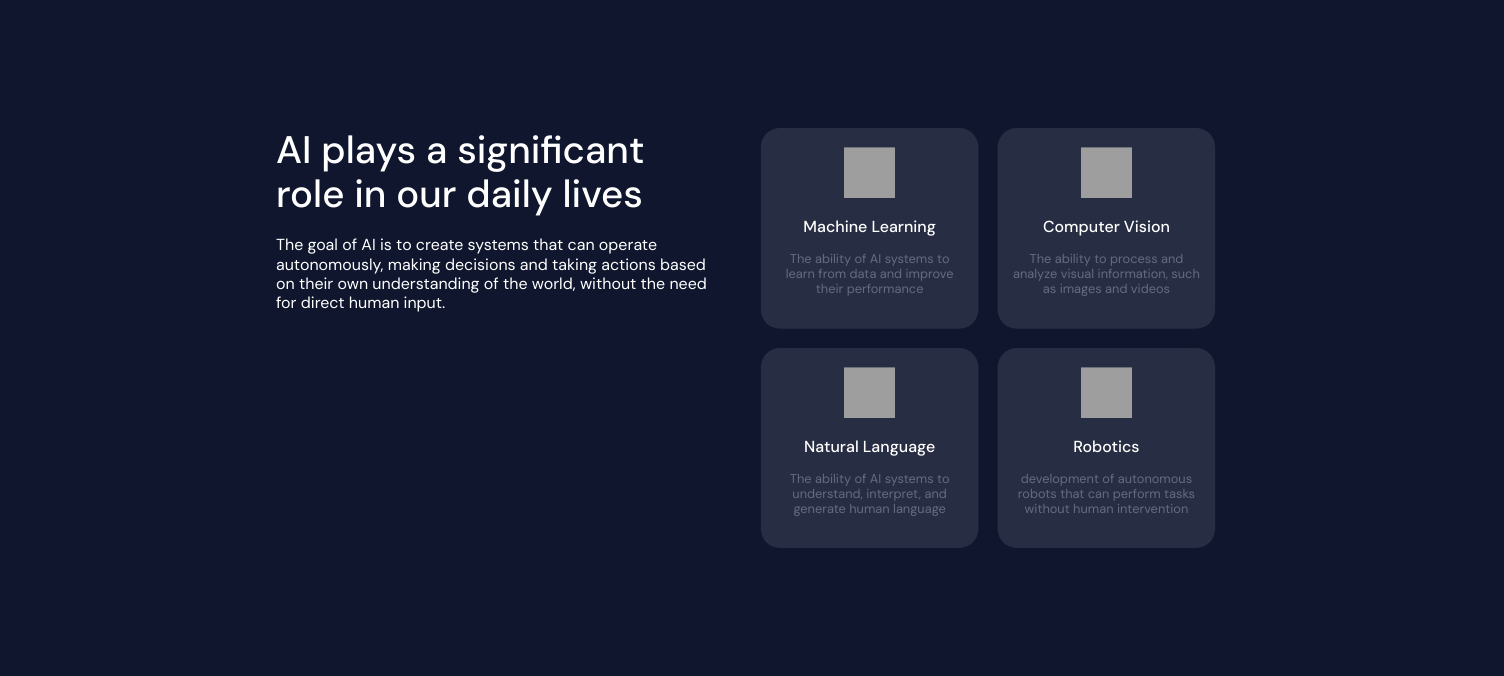
Repository: guli95/four-areas-of-AI-INVO-ACAdemy
Page: /
These files come from the project's save history. The page is drawn as it stood at one moment and after the next save; the edit follows.
The browser window is 1280 px wide. The page is 1880 px wide, so the pictures cover 1880 px, including what lies to the right of the window. The pictures show the whole page, at 80% of full size.
Pictures or frames that could not be fetched are drawn as grey boxes. The project was rebuilt for these pictures with package versions that can differ from the ones it lists, and the page was loaded fresh each time.

Above is the page before, as saved 2023-03-13 14:45:23.

### index.html
<!DOCTYPE html>
<html lang="en">

<head>
  <meta charset="UTF-8" />
  <link rel="icon" type="image/svg+xml" href="/vite.svg" />
  <meta name="viewport" content="width=device-width, initial-scale=1.0" />
  <title>Four AI areas</title>
</head>

<!-- In order to start your challenge, remove all the content inside <div id="home-page"></div> and start coding :) -->

<body>
  <div id="home-page">
    <div class="flexbox-container">
      <div class="heading-wrapper">
        <h1 class="heading-title">AI plays a significant role in our daily lives</h1>
        <p class="heading-text">The goal of AI is to create systems that can operate autonomously, making decisions and taking actions based on their own understanding of the world, without the need for direct human input.</p>
      </div>
      <div class="card-container">
        <a href="" class="card-link">
        <div class="card">
          <img src="./public/images/card-icon1.png" alt="" class="card-img" role="presentation">
          <h3 class="card-title">Machine Learning</h3>
          <p class="card-text">The ability of AI systems to learn from data and improve their performance</p>
        </div>
        </a>
        <a href="" class="card-link">
        <div class="card">
          <img src="./public/images/card-icon2.png" alt="" class="card-img" role="presentation">
          <h3 class="card-title">Computer Vision</h3>
          <p class="card-text">The ability to process and analyze visual information, such as images and videos</p>
        </div>
        </a>
        <a href="" class="card-link">
        <div class="card">
          <img src="./public/images/card-icon3.png" alt="" class="card-img" role="presentation">
          <h3 class="card-title">Natural Language</h3>
          <p class="card-text">The ability of AI systems to understand, interpret, and generate human language</p>
        </div>
        </a>
        <a href="" class="card-link">
        <div class="card">
          <img src="./public/images/card-icon4.png" alt="" class="card-img" role="presentation">
          <h3 class="card-title">Robotics</h3>
          <p class="card-text">development of autonomous robots that can perform tasks without human intervention</p>
        </div>
        </a>
      </div>
    </div>
  </div>

  <script type="module" src="/src/global-scripts/main.js"></script>
</body>

</html>

### src/global-scripts/main.js
/// Main JavaScript File
/// Here we import all the global JavaScript files we need for our project.

import "../global-styles/style.scss";
import "../../src/pages/home-page/styles/home-page.scss";

### src/global-styles/style.scss
/// Main Styles File
/// Here we import all the global Styles files we need for our project.

@import "styles/normalize.scss";
@import "styles/root.scss";
@import "styles/fonts.scss";

body {
  font-family: 'DS sans', sans-serif;
  color: var(--color-primary);
}

p {
  color: var(--color-on-surface);
}

### src/pages/home-page/styles/home-page.scss
/// Homepage Styles File
/// Here we import all the Styles files we need for our Homepage.
@import '../../../global-styles/styles/_root.scss';

#home-page{
    color: var(--color-white);
    font-family: 'DM Sans',sans-serif;
    height: 100%;

 .flexbox-container{
    width: 1500px;
    display: flex;
    justify-content: center;
    padding: 160px 190px;
    gap: 40px;
    margin: 0 auto;
    @media screen and (max-width:1024px) {
        flex-direction:column;
        align-items: center;
        gap:24px;
    }
    @media screen and (max-width:480px) {
        padding: 48px 16px;
    }
    .heading-wrapper{
        font-family: "DM Sans", sans-serif;
        text-align: left ;
        vertical-align: top;
        max-width: 550px;
        @media screen and (max-width:1024px) {
            width: 100%;
            padding: 0 16px;
        }
        .heading-title{
            font-size: var(--text-xl);
            font-weight: 500;
            line-height: 115%;
            margin: 0 0 24px 0;
            @media screen and (max-width:1024px) {
                margin-bottom: 16px;
            }
            @media screen and (max-width:1024px) {
                font-size: var(--text-l);
            }
        }
        .heading-text{
            font-size: var(--text-m);
            line-height: 24px;
            font-weight: 400;

        }
        @media screen and (max-width:480px) {
            font-size: var(--text-s);
        }
    }
    .card-container{
        display: flex;
        justify-content: center;
        flex-wrap: wrap;
        gap: 24px;
        max-width: 600px;
        @media screen and (max-width:1024px) {
            width: 100%;
            gap:16px;
        }
        .card-link{
            display: flex;
            color: var(--color-white);
            text-decoration: none;
            flex-direction: column;
            justify-content: space-around;
            align-items: center;
            width: 40%;
            padding: 24px 16px;
            background-color:var(--color-secondary-grey);
            text-align: center;
            border-radius: var(--rounding-big);
            transition: .2s;
            &:hover{
                background-color: lighten($color: #272D42, $amount: 10) ;
            }
            @media screen and (max-width:480px) {
                width: 100%;
            }
            .card-img{
                width: 64px;
                height: 64px;
                @media screen and (max-width:1024px) {
                    width: 56px;
                    height: 56px;
                }
            }
            .card-title{
                font-size: var(--text-m);
                font-weight: 500;
            }
            .card-text{
                font-size: var(--text-s);
                mix-blend-mode:soft-light;
                @media screen and (max-width:1024px) {
                    font-size: var(--text-xs);
                }
            }
        }

    }
}

}

### src/global-styles/styles/normalize.scss
/*! normalize.css v8.0.1 | MIT License | github.com/necolas/normalize.css */

/* Document
   ========================================================================== */

/**
 * 1. Correct the line height in all browsers.
 * 2. Prevent adjustments of font size after orientation changes in iOS.
 */

html {
  line-height: 1.15; /* 1 */
  -webkit-text-size-adjust: 100%; /* 2 */
  background-color: var(--color-primary-dark-blue);
}

/* Sections
   ========================================================================== */

/**
 * Remove the margin in all browsers.
 */

body {
  margin: 0;
}

/**
 * Render the `main` element consistently in IE.
 */

main {
  display: block;
}

/**
 * Correct the font size and margin on `h1` elements within `section` and
 * `article` contexts in Chrome, Firefox, and Safari.
 */

h1 {
  font-size: 2em;
  margin: 0.67em 0;
}

/* Grouping content
   ========================================================================== */

/**
 * 1. Add the correct box sizing in Firefox.
 * 2. Show the overflow in Edge and IE.
 */

hr {
  box-sizing: content-box; /* 1 */
  height: 0; /* 1 */
  overflow: visible; /* 2 */
}

/**
 * 1. Correct the inheritance and scaling of font size in all browsers.
 * 2. Correct the odd `em` font sizing in all browsers.
 */

pre {
  font-family: monospace, monospace; /* 1 */
  font-size: 1em; /* 2 */
}

/* Text-level semantics
   ========================================================================== */

/**
 * Remove the gray background on active links in IE 10.
 */

a {
  background-color: transparent;
}

/**
 * 1. Remove the bottom border in Chrome 57-
 * 2. Add the correct text decoration in Chrome, Edge, IE, Opera, and Safari.
 */

abbr[title] {
  border-bottom: none; /* 1 */
  text-decoration: underline; /* 2 */
  text-decoration: underline dotted; /* 2 */
}

/**
 * Add the correct font weight in Chrome, Edge, and Safari.
 */

b,
strong {
  font-weight: bolder;
}

/**
 * 1. Correct the inheritance and scaling of font size in all browsers.
 * 2. Correct the odd `em` font sizing in all browsers.
 */

code,
kbd,
samp {
  font-family: monospace, monospace; /* 1 */
  font-size: 1em; /* 2 */
}

/**
 * Add the correct font size in all browsers.
 */

small {
  font-size: 80%;
}

/**
 * Prevent `sub` and `sup` elements from affecting the line height in
 * all browsers.
 */

sub,
sup {
  font-size: 75%;
  line-height: 0;
  position: relative;
  vertical-align: baseline;
}

sub {
  bottom: -0.25em;
}

sup {
  top: -0.5em;
}

/* Embedded content
   ========================================================================== */

/**
 * Remove the border on images inside links in IE 10.
 */

img {
  border-style: none;
}

/* Forms
   ========================================================================== */

/**
 * 1. Change the font styles in all browsers.
 * 2. Remove the margin in Firefox and Safari.
 */

button,
input,
optgroup,
select,
textarea {
  font-family: inherit; /* 1 */
  font-size: 100%; /* 1 */
  line-height: 1.15; /* 1 */
  margin: 0; /* 2 */
}

/**
 * Show the overflow in IE.
 * 1. Show the overflow in Edge.
 */

button,
input { /* 1 */
  overflow: visible;
}

/**
 * Remove the inheritance of text transform in Edge, Firefox, and IE.
 * 1. Remove the inheritance of text transform in Firefox.
 */

button,
select { /* 1 */
  text-transform: none;
}

/**
 * Correct the inability to style clickable types in iOS and Safari.
 */

button,
[type="button"],
[type="reset"],
[type="submit"] {
  -webkit-appearance: button;
}

/**
 * Remove the inner border and padding in Firefox.
 */

button::-moz-focus-inner,
[type="button"]::-moz-focus-inner,
[type="reset"]::-moz-focus-inner,
[type="submit"]::-moz-focus-inner {
  border-style: none;
  padding: 0;
}

/**
 * Restore the focus styles unset by the previous rule.
 */

button:-moz-focusring,
[type="button"]:-moz-focusring,
[type="reset"]:-moz-focusring,
[type="submit"]:-moz-focusring {
  outline: 1px dotted ButtonText;
}

/**
 * Correct the padding in Firefox.
 */

fieldset {
  padding: 0.35em 0.75em 0.625em;
}

/**
 * 1. Correct the text wrapping in Edge and IE.
 * 2. Correct the color inheritance from `fieldset` elements in IE.
 * 3. Remove the padding so developers are not caught out when they zero out
 *    `fieldset` elements in all browsers.
 */

legend {
  box-sizing: border-box; /* 1 */
  color: inherit; /* 2 */
  display: table; /* 1 */
  max-width: 100%; /* 1 */
  padding: 0; /* 3 */
  white-space: normal; /* 1 */
}

/**
 * Add the correct vertical alignment in Chrome, Firefox, and Opera.
 */

progress {
  vertical-align: baseline;
}

/**
 * Remove the default vertical scrollbar in IE 10+.
 */

textarea {
  overflow: auto;
}

/**
 * 1. Add the correct box sizing in IE 10.
 * 2. Remove the padding in IE 10.
 */

[type="checkbox"],
[type="radio"] {
  box-sizing: border-box; /* 1 */
  padding: 0; /* 2 */
}

/**
 * Correct the cursor style of increment and decrement buttons in Chrome.
 */

[type="number"]::-webkit-inner-spin-button,
[type="number"]::-webkit-outer-spin-button {
  height: auto;
}

/**
 * 1. Correct the odd appearance in Chrome and Safari.
 * 2. Correct the outline style in Safari.
 */

[type="search"] {
  -webkit-appearance: textfield; /* 1 */
  outline-offset: -2px; /* 2 */
}

/**
 * Remove the inner padding in Chrome and Safari on macOS.
 */

[type="search"]::-webkit-search-decoration {
  -webkit-appearance: none;
}

/**
 * 1. Correct the inability to style clickable types in iOS and Safari.
 * 2. Change font properties to `inherit` in Safari.
 */

::-webkit-file-upload-button {
  -webkit-appearance: button; /* 1 */
  font: inherit; /* 2 */
}

/* Interactive
   ========================================================================== */

/*
 * Add the correct display in Edge, IE 10+, and Firefox.
 */

details {
  display: block;
}

/*
 * Add the correct display in all browsers.
 */

summary {
  display: list-item;
}

/* Misc
   ========================================================================== */

/**
 * Add the correct display in IE 10+.
 */

template {
  display: none;
}

/**
 * Add the correct display in IE 10.
 */

[hidden] {
  display: none;
}

### src/global-styles/styles/root.scss
/// Root Styles file
/// Here we define all the root variables we need for our project.
/// For examples see Material Design color system: https://m2.material.io/design/color/the-color-system.html

:root {
    $--color-primary-dark-blue: #0F162D !global;
    --color-primary-pink: #CA59FF;
    --color-primary-purple: #6C7CFF;
    --color-primary-green: #2AFFFF;
    --color-primary-yellow: #FFF629;
    --color-white: #FFFFFF;
    --color-black: #000;
    --color-secondary-grey:#272D42;

}

### src/global-styles/styles/fonts.scss
/// Main Fonts File
/// Here we import all the fonts files we need for our project.

@import url('https://fonts.googleapis.com/css2?family=Roboto:ital,wght@0,100;0,300;0,400;0,500;0,700;0,900;1,100;1,300;1,400;1,500;1,700;1,900&display=swap');
@import url('https://fonts.googleapis.com/css2?family=DM+Sans:wght@400;500&display=swap');

### src/global-styles/styles/_root.scss
/// Root Styles file
/// Here we define all the root variables we need for our project.
/// For examples see Material Design color system: https://m2.material.io/design/color/the-color-system.html

:root {
    //colors
    --color-primary-dark-blue: #0F162D ;
    --color-primary-pink: #CA59FF;
    --color-primary-purple: #6C7CFF;
    --color-primary-green: #2AFFFF;
    --color-primary-yellow: #FFF629;
    --color-white: #FFFFFF;
    --color-black: #000;
    --color-secondary-grey:#272D42;

    //font-size
    --text-xl:48px;
    --text-l:32px;
    --text-m:20px;
    --text-s:16px;
    --text-xs:14px;

    //rounding
    --rounding-big:24px;
    --rounding-small:16px;
}

After the next save:
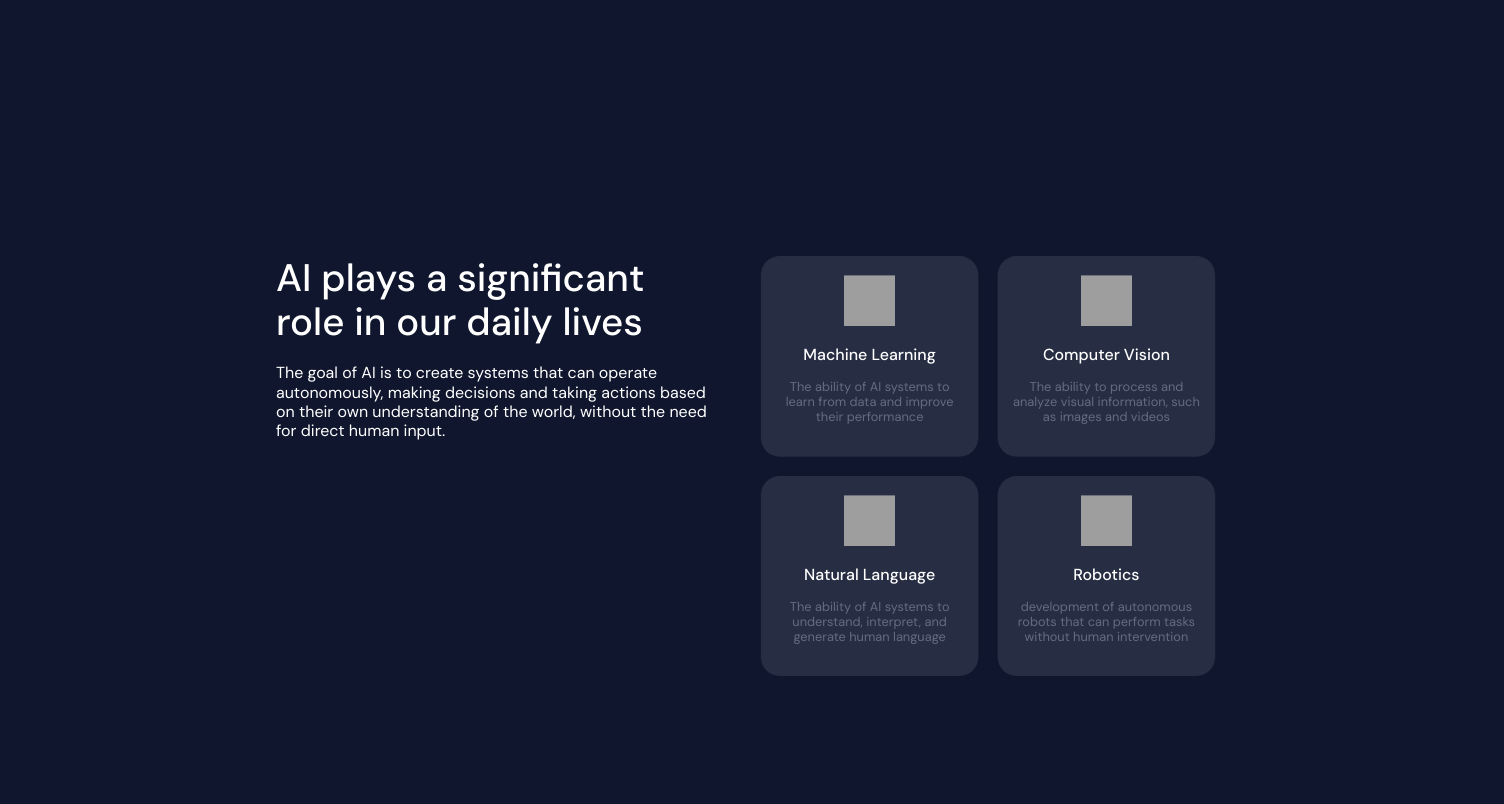
Saved 25 s later.
--- a/src/pages/home-page/styles/home-page.scss
+++ b/src/pages/home-page/styles/home-page.scss
@@ -13,7 +13,7 @@
     justify-content: center;
     padding: 160px 190px;
     gap: 40px;
-    margin: 0 auto;
+    margin: 160px auto 0 auto;
     @media screen and (max-width:1024px) {
         flex-direction:column;
         align-items: center;
